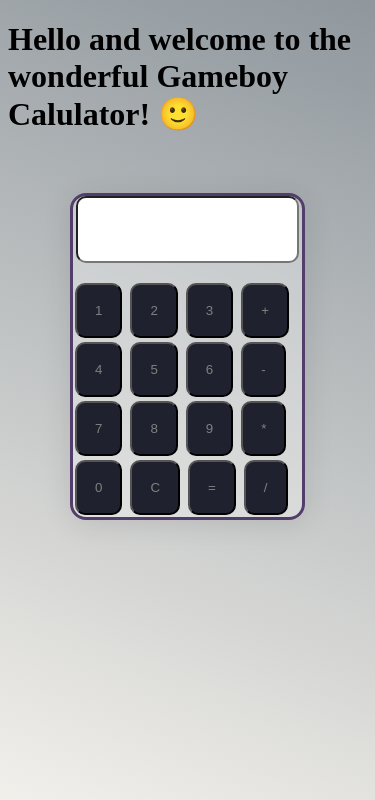
Repository: CrazyPaine/GameBoy-Calculator
Page: index.html
The author's editor kept a copy of each file at every save. The page is drawn from the files as they stood at one save, then again after the next save.
The browser window is 375 px wide. The pictures show the whole page.

Above is the page before, as saved 2024-02-04 19:30:18.

After the next save:
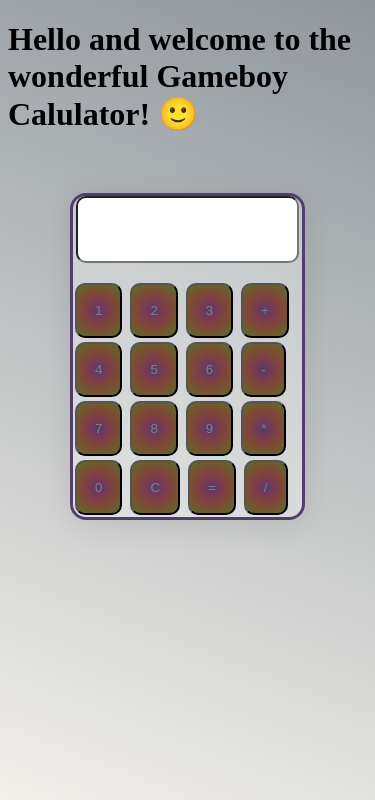
Saved 20 min 36 s later.
--- a/styles.css
+++ b/styles.css
@@ -58,7 +58,7 @@ body {
 }
 
 .button {
-    background-color: #20212e;
+    background-image: radial-gradient(circle, #533d6b, #773a53, #7f4639, #71592d, #556b3d);
     border-radius: 10px;
     color: #808080;
     padding: 18px;
